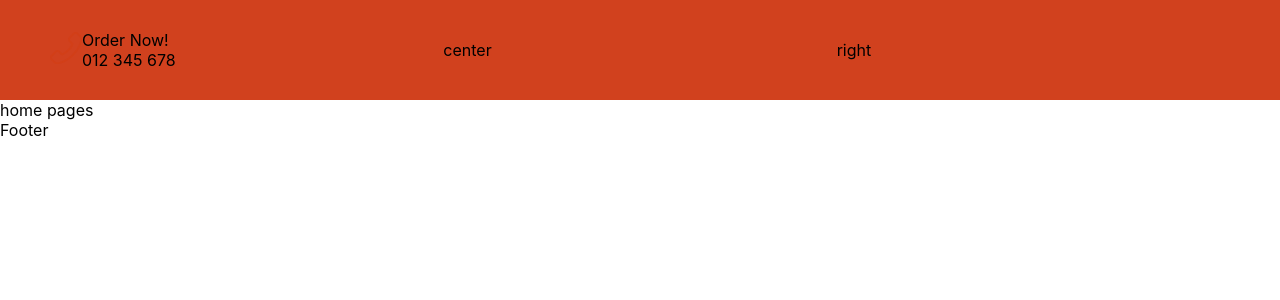
Repository: exiled-kal/RestuarantNextJS
Page: /
These files come from the project's save history. The page is drawn as it stood at one moment and after the next save; the edit follows.
The browser window is 1280 px wide. The pictures show the whole page.
The project was rebuilt for these pictures with package versions that can differ from the ones it lists, and the page was loaded fresh each time. The framework's server and built-in components were replaced by stand-ins that run in the browser. Also part of the build but not shown: next.config.js, styles/Home.module.css.

Above is the page before, as saved 2021-12-14 12:44:59.

After the next save:
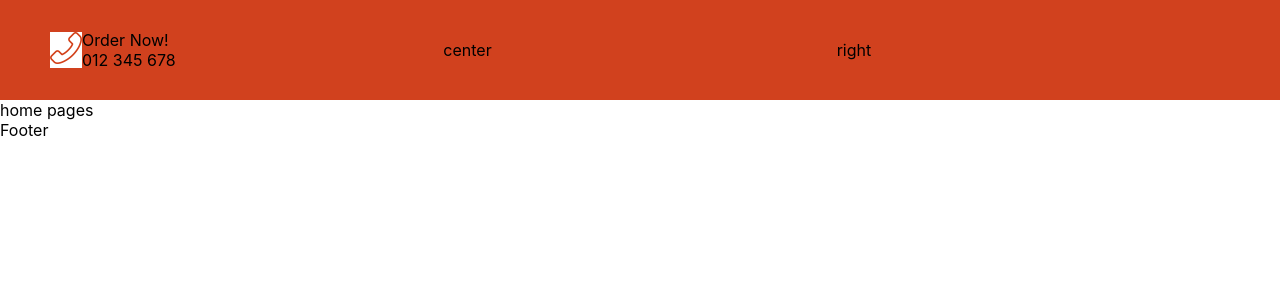
Saved 6 s later.
--- a/styles/Navbar.module.css
+++ b/styles/Navbar.module.css
@@ -20,5 +20,6 @@
 }
 
 .callButton {
-  back
+  background-color:white;
+
 }
